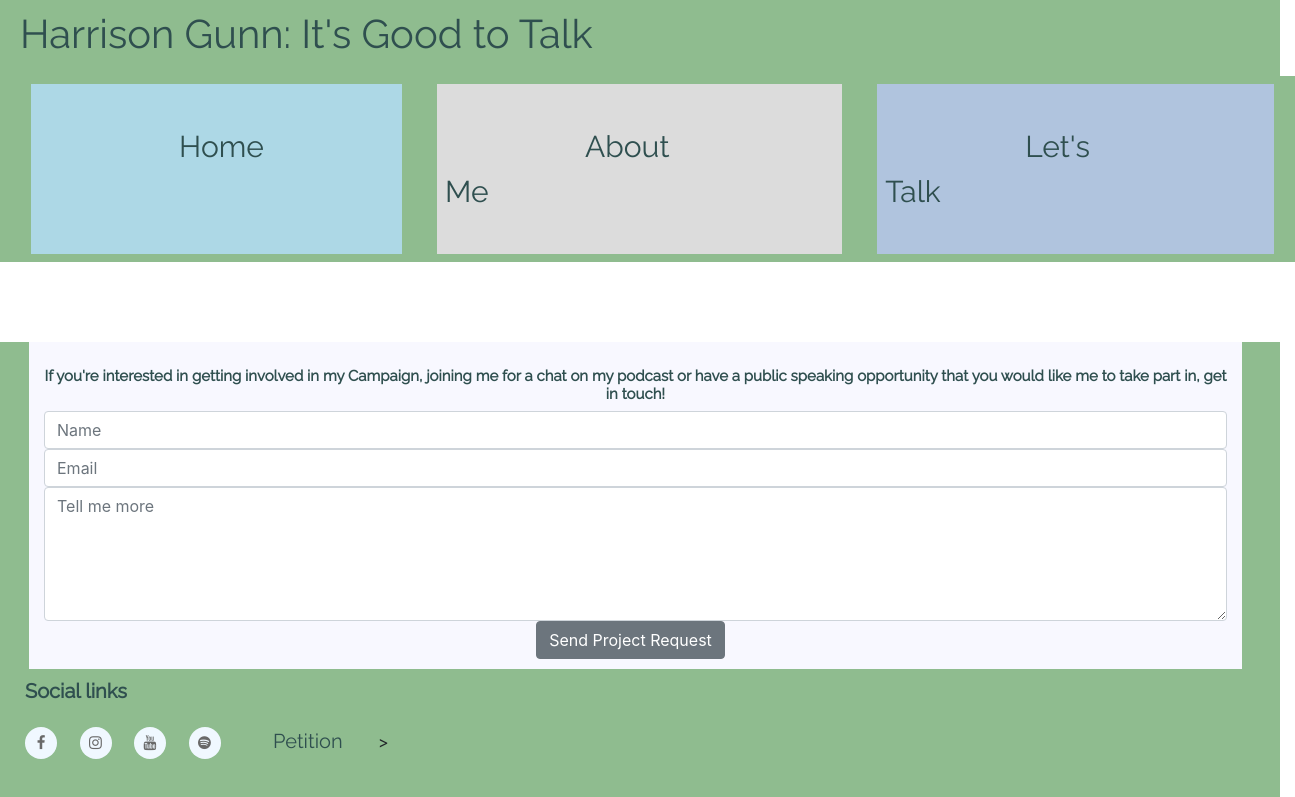
Repository: Leannald13/mile-stone-project-html
Page: contact.html
The author's editor kept a record of every edit. The page is drawn from the files as they stood at one moment, then again after the next edit.
The browser window is 1280 px wide. The page is 1295 px wide, so the pictures cover 1295 px, including what lies to the right of the window. The pictures show the part of the page from y = 500 to 1303 px (the page is 1297 px tall before and 1303 px after).

Above is the page before.

### contact.html
<!DOCTYPE html>
<html lang="en">

<head>
    <meta charset="UTF-8">
    <meta name="viewport" content="width=device-width, initial-scale=1.0">
    <meta http-equiv="X-UA-Compatible" content="ie=edge">
    <link rel="stylesheet" href="https://stackpath.bootstrapcdn.com/bootstrap/4.3.1/css/bootstrap.min.css" type="text/css" />
    <link rel="stylesheet" href="https://cdnjs.cloudflare.com/ajax/libs/hover.css/2.3.1/css/hover-min.css" type="text/css" />
    <link rel="stylesheet" href="https://stackpath.bootstrapcdn.com/font-awesome/4.7.0/css/font-awesome.min.css" type="text/css" />
    <link rel="stylesheet" href="assets/css/style.css" type="text/css" />
    <title>Harrison</title>
</head>

<body>
    <header>
        <div class="row">
            <a href="index.html" class="col-md-12 logo">

            </a>
        </div>

        <div class="container-fluid">
            <div class="row">
                <div class="col-sm-12">
                    <div class="row no-gutters bg-color-name">
                        <div class="col heading">
                            <h1 class="name">Harrison Gunn: It's Good to Talk</h1>
                        </div>
                    </div>
                </div>
                    <nav class="navbar navbar-expand-lg" class="modal" tabindex="-1" role="dialog" id="SignUpModal">
            <button class="navbar-toggler" type="button" data-toggle="collapse" data-target="#navbarSupportedContent" aria-controls="navbarSupportedContent" aria-expanded="false" aria-label="Toggle navigation">
                    <span class="navbar-toggler-icon"></span>
                  </button>
                     <div class="collapse navbar-collapse" id="navbarSupportedContent">
                        <ul class="navbar-nav mr-auto">
                            <li class="nav-item active ui-menu-color-home">
                                <a class="nav-link" href="index.html" class="hvr-Wobble-Horizontal"><span>Home</span></a>
                            </li>
                            <li class="nav-item active ui-menu-color-about">
                                <a class="nav-link" href="general.html" class="hvr-wobble-horizontal"><span>About Me</span></a>
                            </li>
                            <li class="nav-item active ui-menu-color-comments">
                                <a class="nav-link" href="contact.html" class="hvr-wobble-horizontal"><span>Let's Talk</span></a>
                            </li>
                        </ul>
                    </div
                    </nav>
    </header>
    <section class="container-fluid" class="background">
        <div class="row bg-color-contact">
            <div class="col">
                <h5 class="uppercase text-center">If you're interested in getting involved in my Campaign, joining me for a chat on my podcast or have a public speaking opportunity that you would like me to take part in, get in touch!</h5>
                <div class="center-form">
                    <form>
                        <form>
                            <input type="text" name="name" id="fullname" class="form-control" placeholder="Name" required/>
                             <input type="email" name="email" id="emailaddress" class="form-control" placeholder="Email" required/>
                             <textarea rows="5" name="summary" id="summary" class="form-control" placeholder="Tell me more" required></textarea>
                            <div class="form-row text-center">
                                <div class="col">
                                    <button type="submit" class="btn btn-secondary">Send Project Request</button>
                                </div>
                            </div>
                        </form>
                    </form>
                </div>
            </div>
        </div>
    <footer>
        <div class="container-fluid">
            <div class="col sm-12">
                <h5 class="uppercase general-sub">Social links</h5>
                <ul class="list-inline social-links">
                    <li class="list-inline-item">
                        <a target="_blank" href="https://www.facebook.com/harrison.gunn.16">
                           <i class="fa fa-facebook" aria-hidden="true"></i>
                           <span class="sr-only">Facebook</span>
                        </a>
                    </li>
                    <li class="list-inline-item">
                        <a target="_blank" href="https://www.instagram.com/harrisongunn_/">
                           <i class="fa fa-instagram" aria-hidden="true"></i>
                           <span class="sr-only">Instagram</span>
                        </a>
                    </li>
                    <li class="list-inline-item">
                        <a target="_blank" href="https://www.youtube.com/channel/UCEPhcVc_ooMeZwhF5X4OEYg">
                           <i class="fa fa-youtube" aria-hidden="true"></i>
                           <span class="sr-only">YouTube</span>
                           </a>
                    </li>
                    <li class="list-inline-item">
                        <a target="_blank" href="spotify:show:1azq4fgMCEafJTPjsGm6tL">
                           <i class="fa fa-spotify" aria-hidden="true"></i>
                           <span class="sr-only">Spotify</span>
                           </a>
                    </li>
                    <li class="list-inline-item" type="button">
                    <a class="navbar-brand" href="https://petition.parliament.uk/petitions/260373">Petition</a>
                    </li>
                    </u>>
            </div>
        </div>
    </footer>
</body>

</html>

### assets/css/style.css
@import url('https://fonts.googleapis.com/css?family=Raleway&display=swap');


/* -------------------------------------------------------------Heading */

.logo {
    background: url("../images/haribo.jpg");
    background-position: center;
    background-repeat: no-repeat;
    background-size: cover;
    width: 100%;
    height: 500px;
    transition: all .5s;
    display: block;
}

.heading {
    background-color: #8fbc8f !important;
    width: 100%;

}


.bg-color-name {
    font-family: "Raleway", sans-serif;
    color: #2f4f4f;
    text-align: left;
    font-weight: 100;
    width: 100%;

}

.name {
    font-size: 40px;
    padding-left: 20px;
    padding-bottom: 10px;
    padding-top: 10px;
}

/* -------------------------------------------------------------nav bar */


.text-center {
    width: 100%;
}

.container-fluid {
    padding: 0;
    margin: 0;
    width: 100%;
    background-color: #8fbc8f;
}

.nav-link {
    font-size: 30px;
    color: #2f4f4f;
    padding: 40px;

}

.nav-link span {
    padding: 130px;
    text-align: center;
    margin-left: 10px;
}

.nav-item {
    margin-left: 30px;
}


.ui-menu-color-home {
    background-color: #ADD8E6;
    margin-right: 5px;
    font-family: "Raleway", sans-serif;
    color: #2f4f4f;


}

.ui-menu-color-about {
    background-color: #DCDCDC;
    margin-right: 5px;
     font-family: "Raleway", sans-serif;
    color: #2f4f4f;

}

.ui-menu-color-comments {
    background-color: #B0C4DE;
    margin-right: 5px;
    font-family: "Raleway", sans-serif;
    color: #2f4f4f;

}

.navbar-brand {
    padding-left: 30px;
    padding-right: 15px;
    font-family: "Raleway", sans-serif;
    color: #2f4f4f !important;
}


.navbar {
    background-color: #8fbc8f !important;

}



/* -------------------------------------------------------------Section Contact.html */

h5 {
    color: #2f4f4f;
    font-family: "Raleway", sans-serif;
    font-size: 15px;
    font-weight: 600;
    padding-top: 5px;

}

.bg-color-contact {
    background-color: #F8F8FF;
    padding-top: 20px;
    padding-bottom: 10px;
    margin-left: 29px;
    margin-right: 38px;
    margin-top: 80px;
}


/* -------------------------------------------------------------Section General.html */

.yellow-box {
    background-color:#2f4f4f
}

.red-box {
    background-color: #696969;
}
/* -------------------------------------------------------------Footer */

footer {
    background-color: #8fbc8f;
    padding-bottom: 20px;
    width: 100%;

}

.social-links li a i {
    width: 32px;
    height: 32px;
    padding-top: 12px;
    border-radius: 50%;
    font-size: 15px;
    line-height: 7px;
    text-align: center;
    color: #696969 !important;
    background: #f0f8ff;
    background-position: center;
}

.general-sub {
    padding-top: 10px;
    color: #2f4f4f;
    padding-left: 10px;
    padding-bottom: 10px;
    font-size: 20px;
}

.list-inline-item {
    padding-left: 10px;
}

.fa fa-facebook {
    padding-left: 5px;
}

After the next edit:
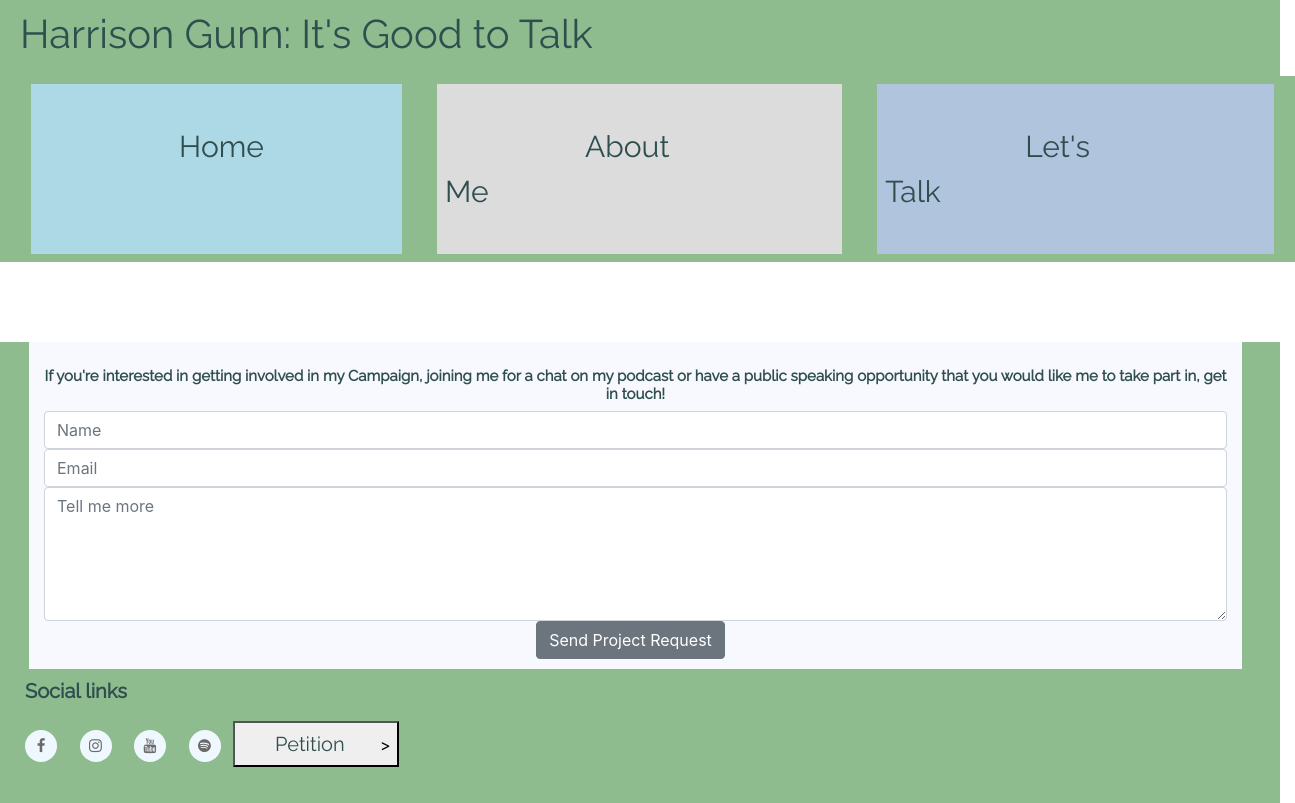
The edit:
--- a/contact.html
+++ b/contact.html
@@ -97,7 +97,7 @@
                            <span class="sr-only">Spotify</span>
                            </a>
                     </li>
-                    <li class="list-inline-item" type="button">
+                    <button class="list-inline-item" type="button">
                     <a class="navbar-brand" href="https://petition.parliament.uk/petitions/260373">Petition</a>
                     </li>
                     </u>>
